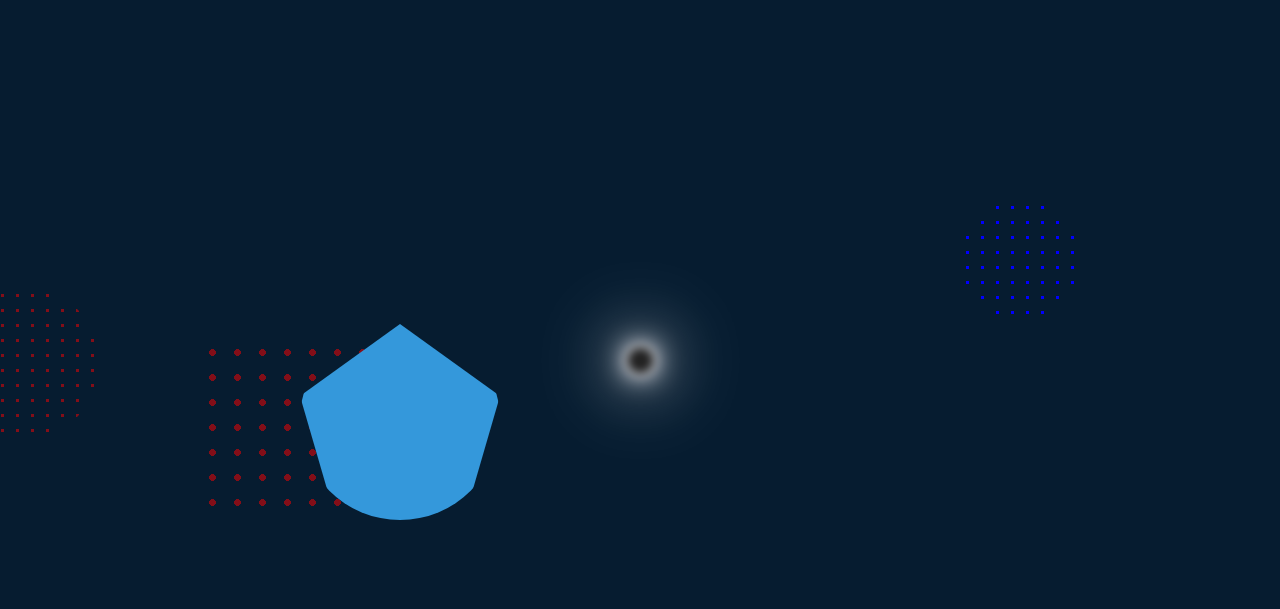
Repository: AdeniranZion/RC-Academy
Page: http://localhost/test/page.php
The author's editor kept a copy of each file at every save. The page is drawn from the files as they stood at one save, then again after the next save.
The browser window is 1280 px wide. The pictures show the whole page.
The page is run by PHP 8.4 with error messages shown; the project is at /var/www/html/.

Above is the page before, as saved 2024-06-24 12:00:36.

### test/page.php
<!DOCTYPE html>
<html lang="en">
<head>
  <meta charset="utf-8" />
  <title>Neon Object Movement</title>
  <meta name="viewport" content="width=device-width, initial-scale=1, minimum-scale=1, maximum-scale=1" />
  <style>
    body, html {
      margin: 0;
      padding: 0;
      height: 100%;
      overflow: hidden; /* Prevent scrollbars */
    }

    .neon-container {
      position: relative;
      width: 100%;
      height: 100%;
      display: flex;
      justify-content: center;
      align-items: center;
      background-color: #061c30;
      overflow: hidden; /* Prevent object from going out of bounds */
    }

    .triangle {
      position: fixed;
      left: 300px;
      bottom: 200px;
      width: 200px; /* Adjust width as needed */
      height: 200px; /* Adjust height as needed */
      clip-path: polygon(50% 2%, 100% 38%, 82% 100%, 18% 100%, 0% 38%);
      background-color: #3498db; /* Adjust background color as needed */
      border-radius: 100px; /* Adjust border radius for smoothness */
      transition: transform 0.1s ease-out; /* Smooth movement */
    }

    .neon-object {
      position: absolute;
      width: 25px;
      height: 25px;
      border-radius: 50%;
      background-color: #222; /* Add a background color for visibility */
      box-shadow: 0 0 10px #fed, 0 0 20px #dde, 0 0 30px #fff, 0 0 40px #ddd, 0 0 70px #ddd, 0 0 80px #ddd, 0 0 100px #ddd, 0 0 150px #ddd;
      filter: blur(4px); /* Add Gaussian blur effect */
      pointer-events: none; /* Prevent mouse events on the object itself */
      transition: transform 0.1s ease-out; /* Smooth movement */
    }

    .neon-object-2 {
      width: 180px;
      height: 180px;
      border-radius: 3px;
      background-image: radial-gradient(circle, rgba(255, 0, 0, 0.5) 20%, transparent 5%); /* Dotted pattern */
      background-size: 25px 25px; /* Size of each dot */
      background-position: 0 0; /* Start position of background */
      position: fixed;
      bottom: 200px;
      left: 200px;
      transition: transform 0.1s ease-out; /* Smooth movement */
    }
    .neon-object-3 {
      width: 120px;
      height: 120px;
      border-radius: 100px;
      background-image: radial-gradient(circle, blue 15%, transparent 5%); /* Dotted pattern */
      background-size: 15px 15px; /* Size of each dot */
      background-position: 0 0; /* Start position of background */
      position: fixed;
      top: 200px;
      right: 200px;
      transition: transform 0.1s ease-out; /* Smooth movement */
    }

    /* Styling for the rotating circle */
    .rotating-circle {
      position: fixed;
      left: -50px; /* Adjust position as needed */
      top: 40%; /* Center vertically */
      width: 150px;
      height: 150px;
      border-radius: 50%;
      /* background-color: rgba(255, 0, 0, 0.5); */
      animation: rotate 4s linear infinite; /* Rotate animation */
      background-image: radial-gradient(circle, rgba(255, 0, 0, 0.5) 15%, transparent 5%); /* Dotted pattern */
      background-size: 15px 15px; /* Size of each dot */
      background-position: 0 0; /* Start position of background */
      position: fixed;
    }

    @keyframes rotate {
      from {
        transform: rotate(0deg);
      }
      to {
        transform: rotate(360deg);
      }
    }

  </style>
</head>
<body>
  <div class="neon-container">
    <div class="neon-object"></div>
    <div class="neon-object-2"></div>
    <div class="neon-object-3"></div>
    <div class="triangle"></div>
  </div>

  <!-- Rotating circle element -->
  <div class="rotating-circle"></div>

  <script>
    document.addEventListener('mousemove', function(e) {
      const neonObject = document.querySelector('.neon-object');
      const neonObject2 = document.querySelector('.neon-object-2');
      const neonObject3 = document.querySelector('.neon-object-3');
      const triangle = document.querySelector('.triangle');
      const container = document.querySelector('.neon-container');

      // Get the mouse position relative to the container
      const rect = container.getBoundingClientRect();
      const centerX = rect.left + rect.width / 2;
      const centerY = rect.top + rect.height / 2;

      // Calculate the distance from the center
      const distanceX = e.clientX - centerX;
      const distanceY = e.clientY - centerY;

      // Set a multiplier to control the trailing effect
      const multiplier = 0.04; // Adjust this value for the trailing effect

      // Update the position of neon-object with a trailing effect
      neonObject.style.transform = `translate(${multiplier * distanceX}px, ${multiplier * distanceY}px)`;

      // Update the position of neon-object-2 with the same trailing effect
      neonObject2.style.transform = `translate(${multiplier * distanceX}px, ${multiplier * distanceY}px)`;

      // Update the position of neon-object-3 with the opposite trailing effect
      neonObject3.style.transform = `translate(${-multiplier * distanceX}px, ${-multiplier * distanceY}px)`;

      // Update the position of neon-object-3 with the opposite trailing effect
      triangle.style.transform = `translate(${multiplier * distanceX}px, ${multiplier * distanceY}px)`;

    });
  </script>
</body>
</html>

After the next save:
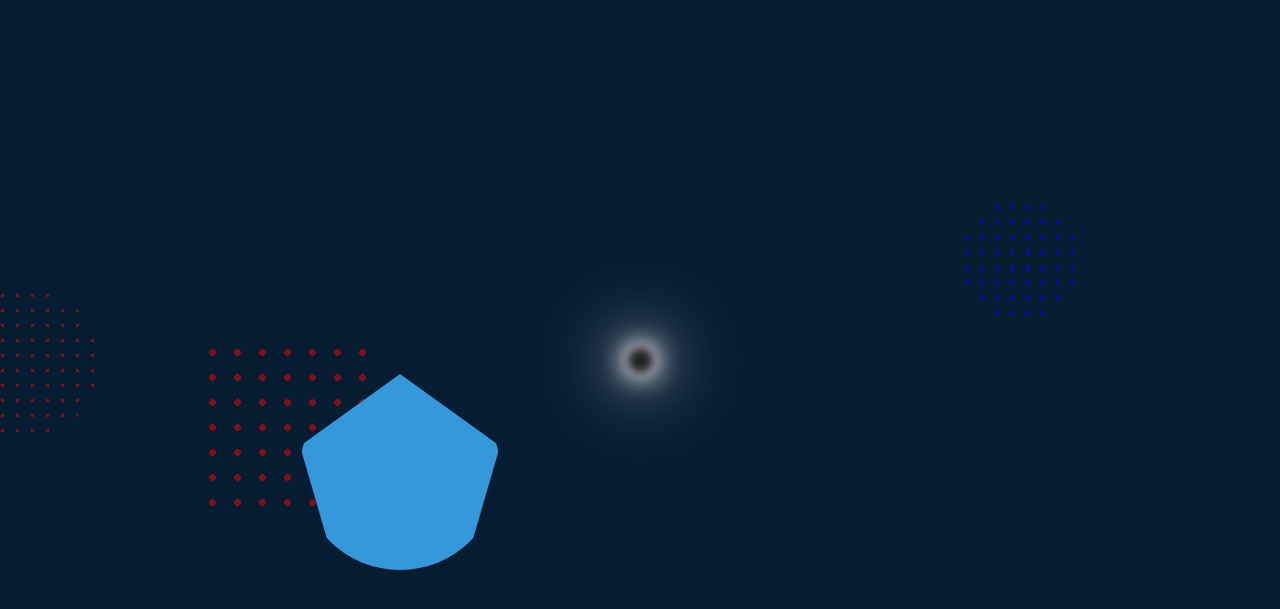
Saved 9 s later.
--- a/test/page.php
+++ b/test/page.php
@@ -26,7 +26,7 @@
     .triangle {
       position: fixed;
       left: 300px;
-      bottom: 200px;
+      bottom: 150px;
       width: 200px; /* Adjust width as needed */
       height: 200px; /* Adjust height as needed */
       clip-path: polygon(50% 2%, 100% 38%, 82% 100%, 18% 100%, 0% 38%);
